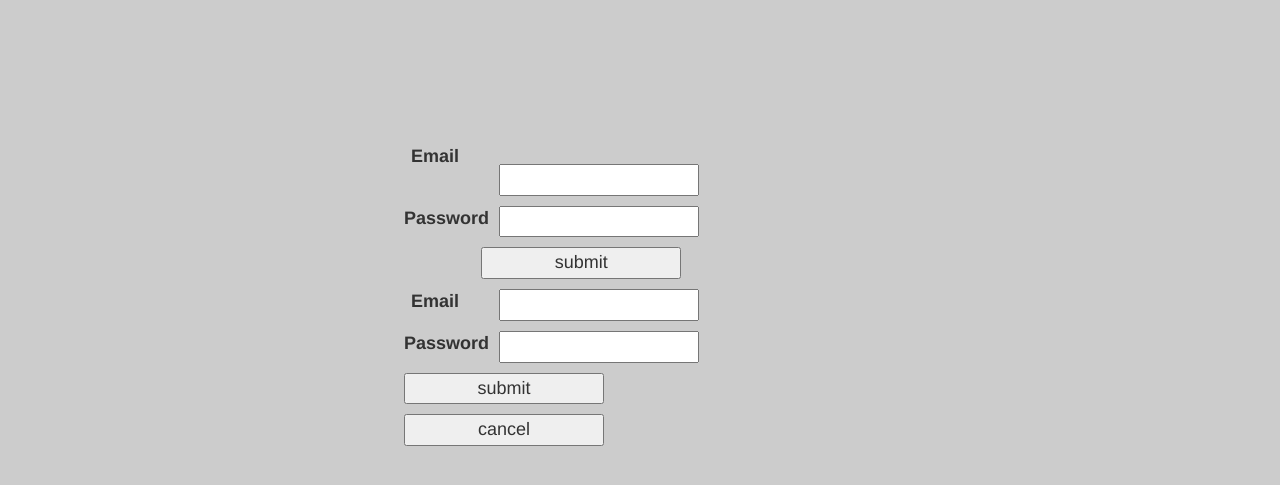
Repository: marijabroceta/ProjekatIB
Page: IB_Project_Shell/src/main/resources/static/index.html
These files come from the project's save history. The page is drawn as it stood at one moment and after the next save; the edit follows.
The browser window is 1280 px wide. The pictures show the whole page.

Above is the page before, as saved 2018-07-01 00:18:03.

### IB_Project_Shell/src/main/resources/static/index.html
<!DOCTYPE html>
<html>

<head>
<!--  <script type="text/javascript" src="js/main.js"></script>
<script src="https://ajax.googleapis.com/ajax/libs/jquery/3.3.1/jquery.min.js"></script>-->
<title>Login</title>
	<script src="js/jquery-2.1.4.min.js"></script>
	<link rel="stylesheet" type="text/css" href="bootstrap/css/bootstrap.min.css"/>
    <script src="bootstrap/js/bootstrap.min.js"></script>
    <link rel="stylesheet" type="text/css" href="css/login.css">
    <script src="js/login.js" type="text/javascript"></script>
</head>
<body>
	<!--  <a href="./user_content/cat.jpg" download>Download link for static
		files</a>
	<button type="button"  onclick="download()">Download link for
		target/files files</button>-->
	<div id="forms">
		<div id="login_form">
		    <form name="login" method="post" id="login">
		       	<label for="email">Email</label>
		 		<input type="text" id="email" name="email"><br>
		 		<label for="password">Password</label>
		 		<input type="password" id="password" name="password"><br>
		 		<input type="submit" name="submit" id="submit" value="submit" class="button" /><br/>
		    </form>
		 </div>
	    <div id="add_form">
				<form name="add_user_form" method="post" id="add_user_form">
			       	<label id="email_lbl" for="email">Email</label>
			 		<input type="text" id="email_txt" name="email"><br>
			 		<label id="pass_lbl" for="password">Password</label>
			 		<input type="password" id="password_txt" name="password"><br>
			 		<input type="submit" name="submit" id="submit_add" value="submit" class="button" /><br>
			 		<input type="button" name="cancel" id="cancel_add" value="cancel" class="button" />
		    	</form>
			</div>
	</div>
</body>

</html>

### IB_Project_Shell/src/main/resources/static/css/login.css
#forms{
	position: absolute;
    top: 20%;
    left: 30%;
    right: 30%;
    bottom: 20%;
    font-size: 18px;
}



body {
    text-align: center;
    background: #ccc;
}
/*form {
    display: inline-block;
}*/

label,input {
 display: block;
 width: 200px;
 float: left;
 margin-left: 20px;
 margin-bottom: 10px;
}

label {
 text-align: right;
 width: 75px;
 padding-right: 20px;
}

#email{
	margin-top:20px;
}

br {
 clear: left;
}

#submit{
	margin-left: 19%;

}

### IB_Project_Shell/src/main/resources/static/js/login.js
$(document).ready(function(){

	var submit = $('#submit');

	submit.on('click',function(e) {
		login();

		e.preventDefault();
		return false;
	})

});

function login(){
	var email = $('#email').val().trim();
	var password = $('#password').val().trim();
	var token = '';

	var data = {
		'username':email,
		'password':password
	}
	console.log(data);

	$.ajax({
		type: 'POST',
        contentType: 'application/json',
        url: 'https://localhost:8443/api/auth/login',
        data: JSON.stringify(data),
        dataType: 'json',
        crossDomain: true,
		cache: false,
		processData: false,
		success:function(response){
			var token = response.access_token;
			console.log(token);
			console.log(response);

			localStorage.setItem("token",token);
			window.location.href = "main_page.html";
		},
		error: function (jqXHR, textStatus, errorThrown) {
			alert(textStatus);
		}
	});
}

Loaded but not shown: IB_Project_Shell/src/main/resources/static/js/jquery-2.1.4.min.js (library); IB_Project_Shell/src/main/resources/static/bootstrap/css/bootstrap.min.css (library); IB_Project_Shell/src/main/resources/static/bootstrap/js/bootstrap.min.js (library)

After the next save:
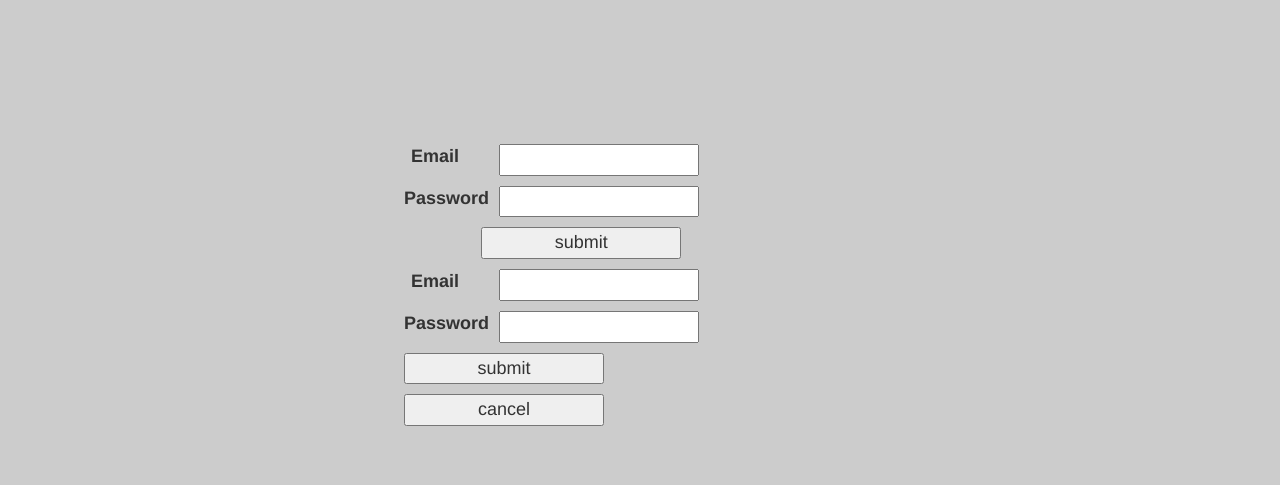
Saved 31 s later.
--- a/IB_Project_Shell/src/main/resources/static/css/login.css
+++ b/IB_Project_Shell/src/main/resources/static/css/login.css
@@ -31,9 +31,7 @@ label {
  padding-right: 20px;
 }
 
-#email{
-	margin-top:20px;
-}
+
 
 br {
  clear: left;
